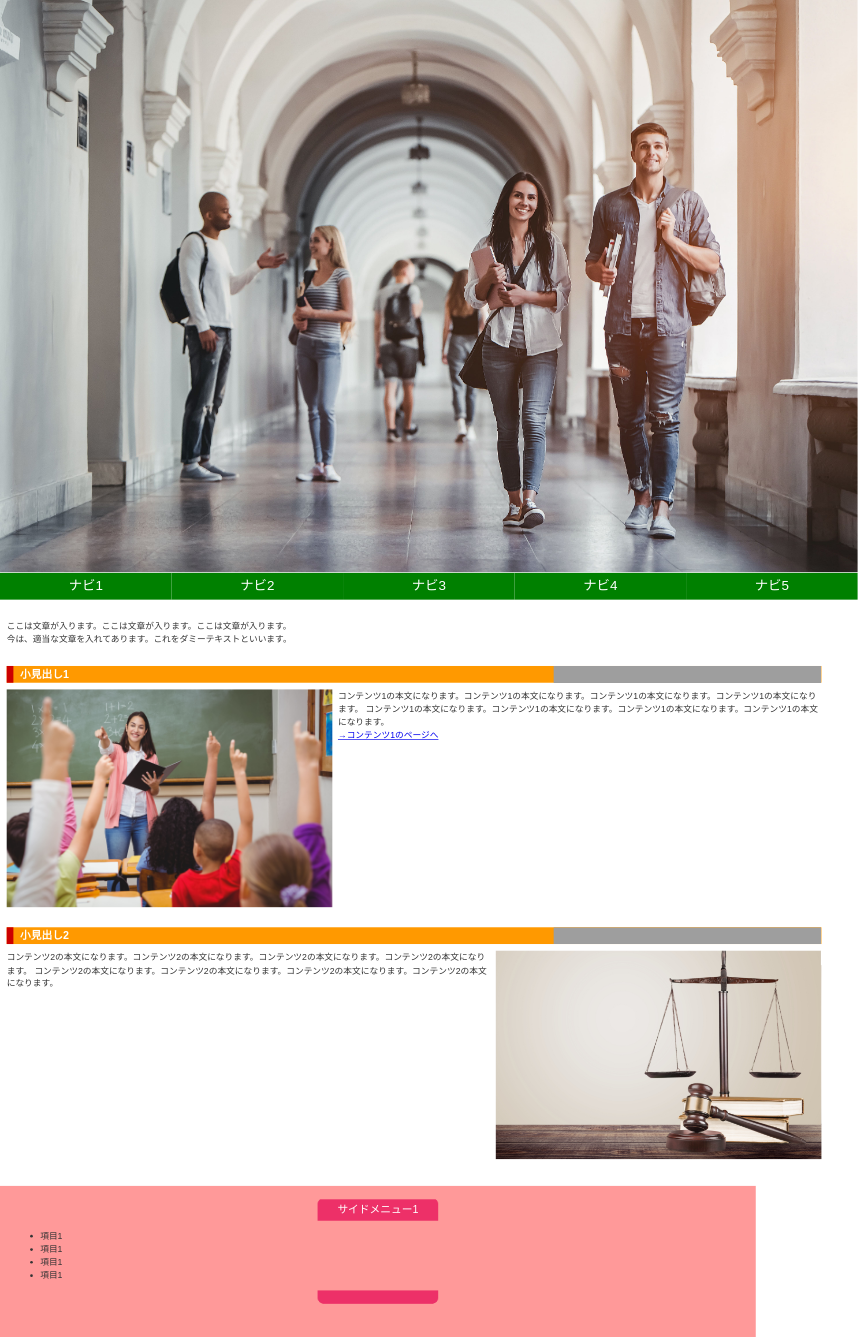
Repository: saekato/HTML
Page: home.html
The author's editor kept a record of every edit. The page is drawn from the files as they stood at one moment, then again after the next edit.
The browser window is 1280 px wide. The pictures show the whole page, at 67% of full size.
Pictures or frames that could not be fetched are drawn as grey boxes.

Above is the page before.

After the next edit:
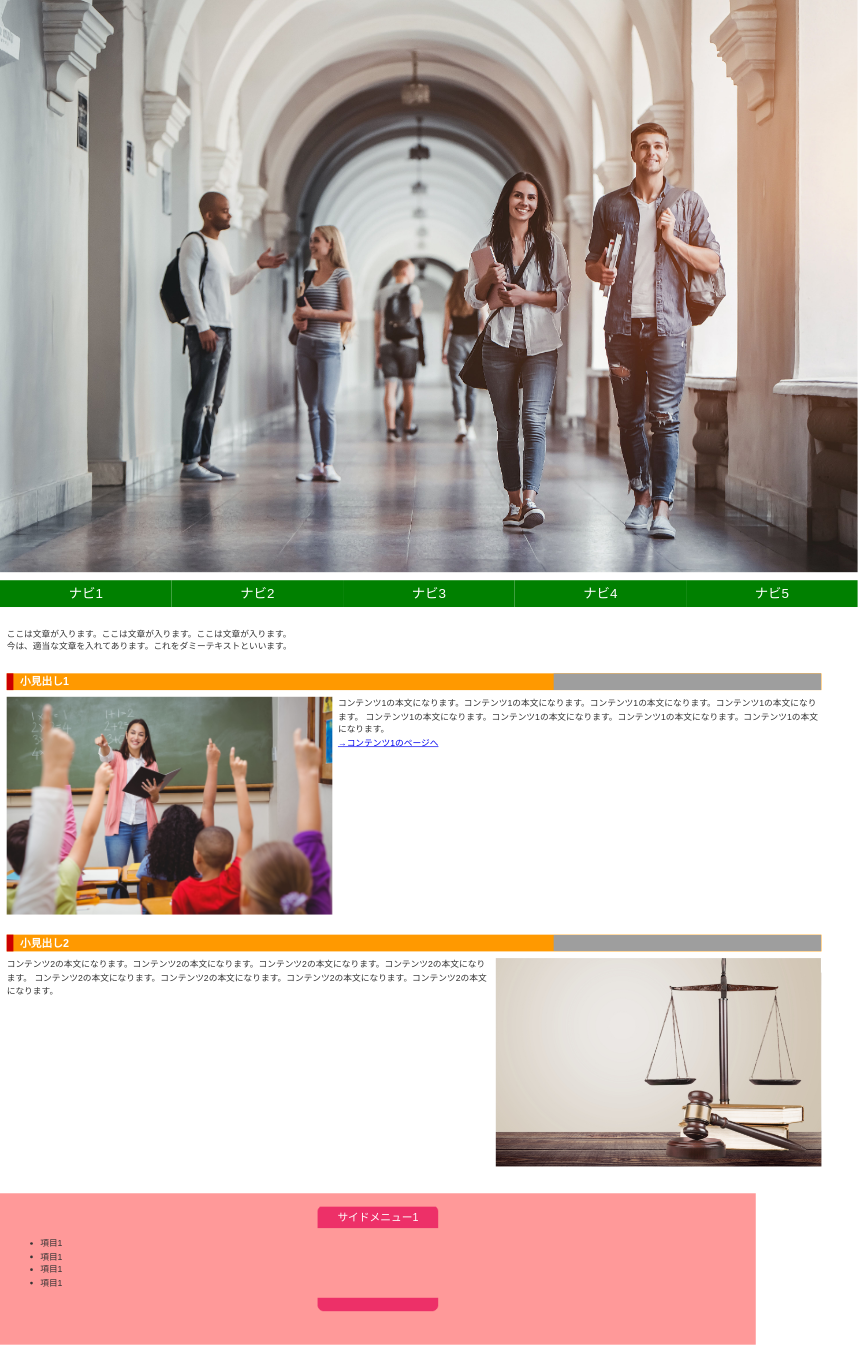
The edit:
--- a/stylesheet.css
+++ b/stylesheet.css
@@ -12,7 +12,7 @@
 /*------------------------ wrapper ----------------------*/
 #wrapper {
     width: 100%;
-    margin-top: -11px;
+    margin-top: auto;
     padding: 0px;
     border: 0px;
     background-color: #FFF;
